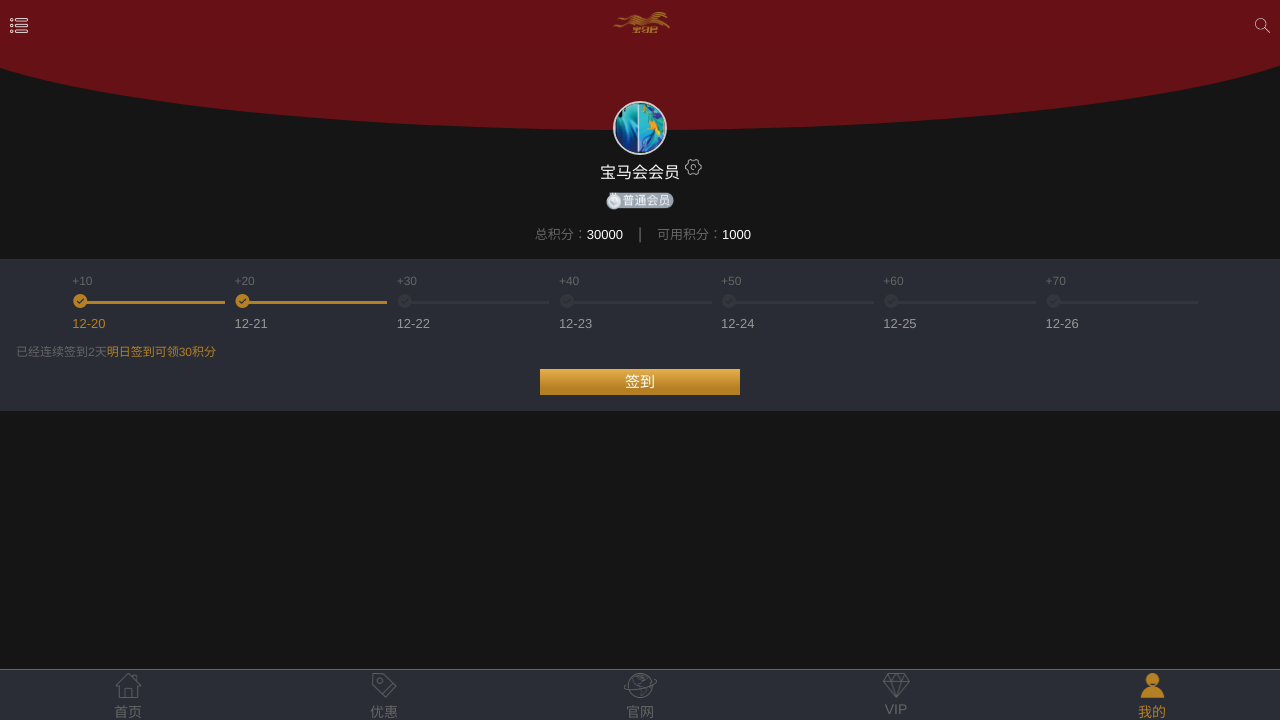
Repository: ada6688/IntegralMall
Page: /Member
The author's editor kept a copy of each file at every save. The page is drawn from the files as they stood at one save, then again after the next save.
The browser window is 1280 px wide. The pictures show the whole page.
The project was rebuilt for these pictures with package versions that can differ from the ones it lists, and the page was loaded fresh each time. Also part of the build but not shown: src/components/page/notice.vue, src/components/page/shouye.vue, src/components/page/Vip.vue, src/components/page/Youhui.vue, src/router/index.js.

Above is the page before, as saved 2020-01-04 16:49:42.

After the next save:
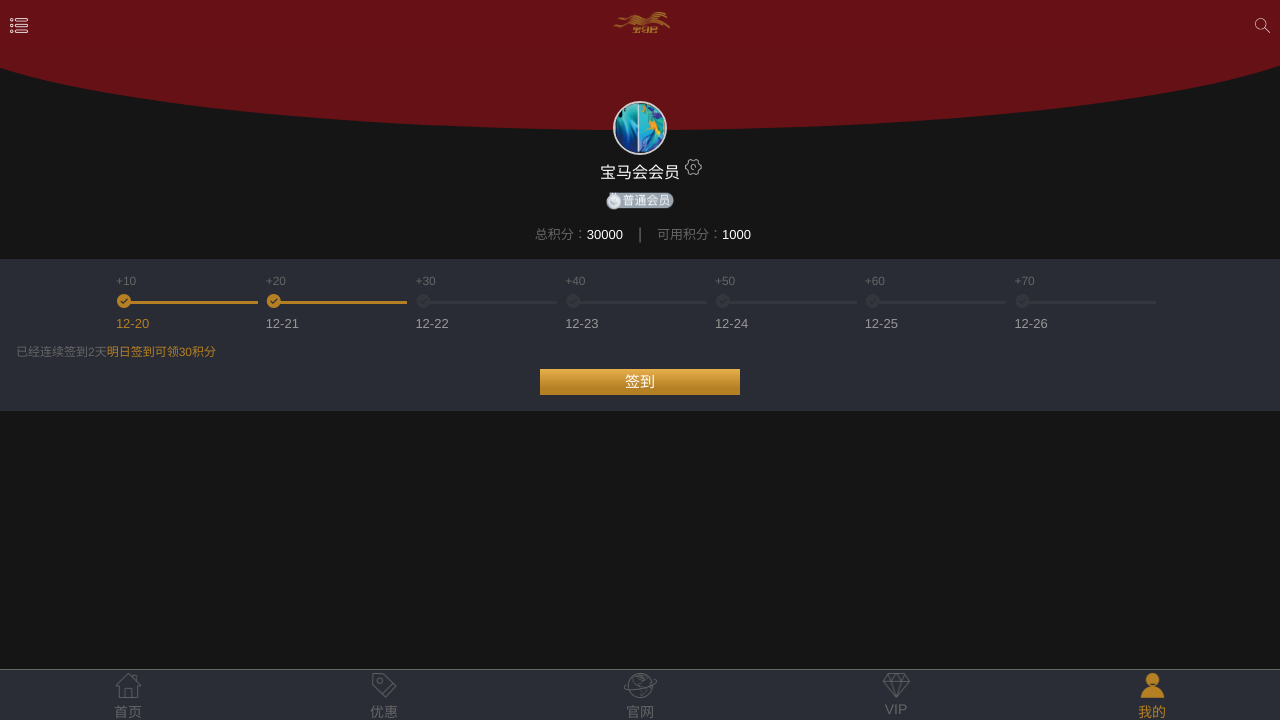
Saved 2 min 29 s later.
--- a/src/assets/css/index.css
+++ b/src/assets/css/index.css
@@ -190,7 +190,7 @@
   margin: 16px 0;
 }
 .member-signIn-status-1{
-  width: 13%;
+  width: 12%;
   text-align: left;
   display: inline-block;
 }
